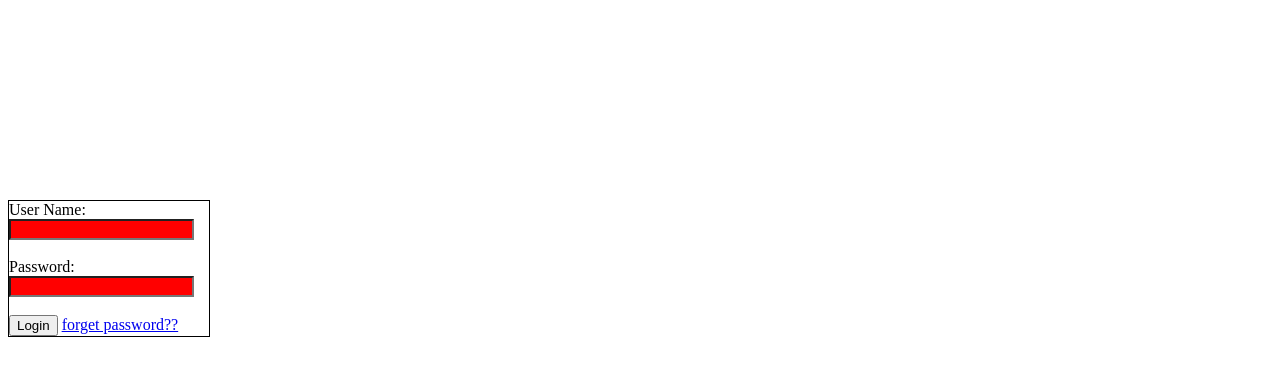
Repository: AmritOjha01/sms
Page: http://localhost/StudentManagementSystem/UserController?action=listUser
These files come from the project's save history. The page is drawn as it stood at one moment and after the next save; the edit follows.
The browser window is 1280 px wide. The pictures show the whole page.
The page is served by Tomcat 9.

Above is the page before, as saved 2017-03-27 11:27:41.

After the next save:
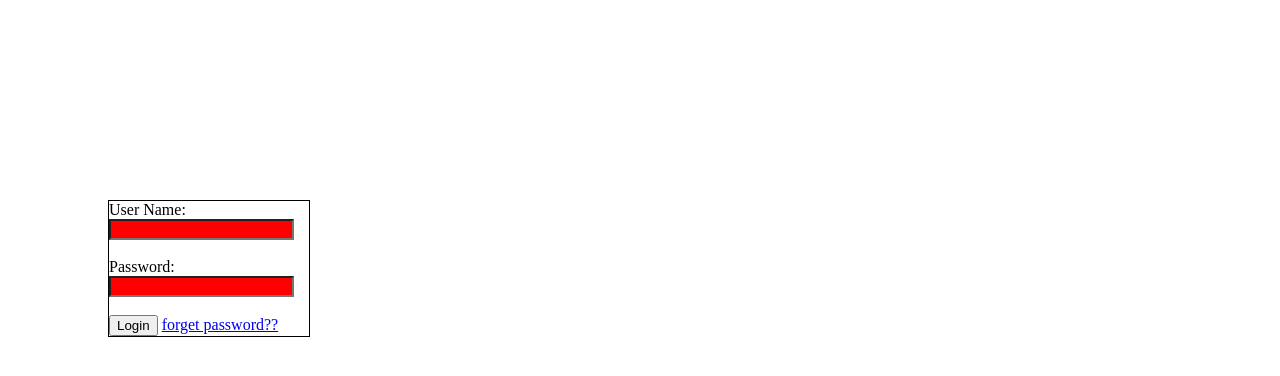
Saved 24 s later.
--- a/StudentManagementSystem/WebContent/resources/customcss/demo.css
+++ b/StudentManagementSystem/WebContent/resources/customcss/demo.css
@@ -3,7 +3,7 @@
 	width: 200px;
 	border-width: 1px;
 	border-style: solid;
-	margin: 200px 0px 0px 0px;
+	margin: 200px 0px 0px 100px;
 }
 .css-style {
 	background-color: red
